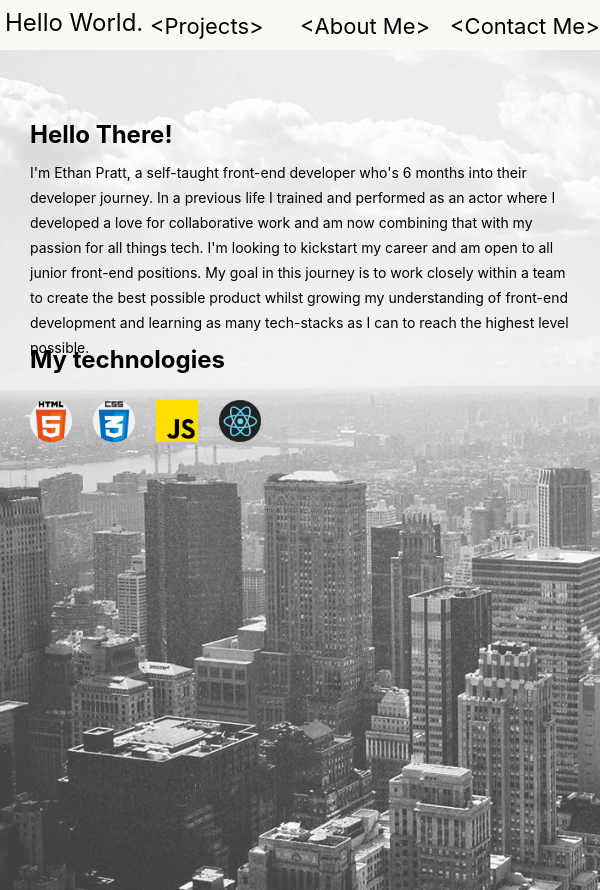
Repository: ghend99/website_ethan_pratt
Page: /about
The author's editor kept a copy of each file at every save. The page is drawn from the files as they stood at one save, then again after the next save.
The browser window is 600 px wide. The pictures show the whole page.
The project was rebuilt for these pictures with package versions that can differ from the ones it lists, and the page was loaded fresh each time. Also part of the build but not shown: src/pages/home.js, src/pages/project.js, src/css/contact.css, src/pages/contact.js.

Above is the page before, as saved 2023-05-25 17:32:58.

### public/index.html
<!DOCTYPE html>
<html lang="en">
  <head>
    <meta charset="utf-8" />
    <link rel="icon" href="%PUBLIC_URL%/favicon.ico" />
    <meta name="viewport" content="width=device-width, initial-scale=1" />
    <meta name="theme-color" content="#000000" />
    <meta
      name="description"
      content="Web site created using create-react-app"
    />
    <link rel="apple-touch-icon" href="%PUBLIC_URL%/logo192.png" />
    <!--
      manifest.json provides metadata used when your web app is installed on a
      user's mobile device or desktop. See https://developers.google.com/web/fundamentals/web-app-manifest/
    -->
    <link rel="manifest" href="%PUBLIC_URL%/manifest.json" />
    <!--
      Notice the use of %PUBLIC_URL% in the tags above.
      It will be replaced with the URL of the `public` folder during the build.
      Only files inside the `public` folder can be referenced from the HTML.

      Unlike "/favicon.ico" or "favicon.ico", "%PUBLIC_URL%/favicon.ico" will
      work correctly both with client-side routing and a non-root public URL.
      Learn how to configure a non-root public URL by running `npm run build`.
    -->
    <title>Ethan Pratt | Junior Front-End Developer</title>
  </head>
  <body>
    <noscript>You need to enable JavaScript to run this app.</noscript>
    <div id="root"></div>
    <!--
      This HTML file is a template.
      If you open it directly in the browser, you will see an empty page.

      You can add webfonts, meta tags, or analytics to this file.
      The build step will place the bundled scripts into the <body> tag.

      To begin the development, run `npm start` or `yarn start`.
      To create a production bundle, use `npm run build` or `yarn build`.
    -->
  </body>
</html>

### src/App.js
import { BrowserRouter as Router, Routes, Route } from "react-router-dom";
import { Home } from "./pages/home";
import { About } from "./pages/about.js";
import { Project } from "./pages/project.js";
import { Contact } from "./pages/contact.js";

function App() {
  return (
    <div className="App">
      <Router>
        <Routes>
          <Route path="/" element={<Home />} />
          <Route path="/projects" element={<Project />} />
          <Route path="/about" element={<About />} />
          <Route path="/contact" element={<Contact />} />
        </Routes>
      </Router>
    </div>
  );
}

export default App;

### src/pages/about.js
import "../css/about.css";
import { Header } from "../components/header.js";
import html from "../images/html.png";
import css from "../images/css.png";
import javascript from "../images/javascript.png";
import react from "../images/react.png";

export const About = () => {
  return (
    <div className="bg">
      <Header />
      <div className="about-container">
        {/* Infomration Container */}
        <div className="info-container">
          <section className="about">
            <h1 className="about-header">Hello There!</h1>
            <p className="about-paragraph">
              I'm Ethan Pratt, a self-taught front-end developer who's 6 months
              into their developer journey. In a previous life I trained and
              performed as an actor where I developed a love for collaborative
              work and am now combining that with my passion for all things
              tech. I'm looking to kickstart my career and am open to all junior
              front-end positions. My goal in this journey is to work closely
              within a team to create the best possible product whilst growing
              my understanding of front-end development and learning as many
              tech-stacks as I can to reach the highest level possible.
            </p>
          </section>
        </div>

        {/* Technology Container */}
        <div id="technology-container">
          <h2 className="technology-header">My technologies</h2>
          <img
            className="stack-html"
            id="stack-icon"
            src={html}
            alt="html logo"
          />
          <img className="stack-css" id="stack-icon" src={css} alt="css-logo" />
          <img
            className="stack-javascript"
            id="stack-icon"
            src={javascript}
            alt="javascript-logo"
          />
          <img
            className="stack-react"
            id="stack-icon"
            src={react}
            alt="react-logo"
          />
        </div>
      </div>
    </div>
  );
};

### src/components/header.js
import React, { useState } from "react";
import { Link } from "react-router-dom";
import "../css/header.css";
import github from "../images/github.png";
import linkedin from "../images/linkedin.png";
import resume from "../images/resume.png";
import menu from "../images/menu.png";

export const Header = () => {
  return (
    <div className="header-container">
      <div>
        <Link className="header-title" to="/">
          Hello World.
        </Link>
      </div>
      <div>
        <Link id="header-nav" className="header-projects" to="/projects">
          &lt;Projects&gt;
        </Link>
      </div>
      <div>
        <Link id="header-nav" className="header-about" to="/about">
          &lt;About Me&gt;
        </Link>
      </div>
      <div>
        <Link id="header-nav" className="header-contact" to="/contact">
          &lt;Contact Me&gt;
        </Link>
      </div>

      <a href="https://github.com/ghend99" target={"_blank"}>
        <img id="header-socials" className="header-github" src={github} />
      </a>
      <a href="https://www.linkedin.com/in/ethanapratt/" target={"_blank"}>
        <img id="header-socials" className="header-linkedin" src={linkedin} />
      </a>
      <a
        href="https://acrobat.adobe.com/link/review?uri=urn:aaid:scds:US:d93e7d11-55fc-32a3-ba0c-10f2114d1d69"
        target={"_blank"}
      >
        <img id="header-socials" className="header-resume" src={resume} />
      </a>

      <div className="header-socials-list">
        <a href="https://github.com/ghend99" target={"_blank"}>
          <p className="header-socials-text">Github</p>
        </a>
        <a href="https://www.linkedin.com/in/ethanapratt/" target={"_blank"}>
          <p className="header-socials-text">LinkedIn</p>
        </a>
        <a
          href="https://acrobat.adobe.com/link/review?uri=urn:aaid:scds:US:d93e7d11-55fc-32a3-ba0c-10f2114d1d69"
          target={"_blank"}
        >
          <p className="header-socials-text">Resume</p>
        </a>
      </div>
    </div>
  );
};

### src/css/home.css
@import url("https://fonts.googleapis.com/css2?family=Bitter&display=swap");

#center-container {
  position: relative;
  max-width: 25%;
  min-width: 500px;
  height: 20%;
  border-bottom: solid;
  /* background-color: aqua; */
  margin-left: auto;
  margin-right: auto;
  top: 10%;
  text-align: center;
  padding: 70px 0;
}

.home-name {
  top: 0;
  font-size: 50px;
  font-weight: bold;
}

.home-job-title {
  font-size: 32px;
  font-family: "Bitter";
}

.home-resume,
.home-github,
.home-linkedin {
  position: absolute;
  bottom: -50px;
  text-decoration: none;
  color: black;
  font-size: 20px;
  font-weight: bold;
  height: 50px;
  padding-bottom: 10px;
}

.home-resume:hover,
.home-github:hover,
.home-linkedin:hover {
  border-bottom: solid;
}

.home-github {
  left: 0;
}

.home-linkedin {
  left: 45%;
}

.home-resume {
  right: 0;
}

@media screen and (min-width: 0) and (max-width: 708px) {
  #center-container {
    min-width: 300px;
  }

  .home-linkedin {
    left: 110px;
  }
}

@media screen and (min-width: 0) and (max-width: 322px) {
  #center-container {
    min-width: 300px;
  }
}

### src/css/about.css
.about-container {
  position: relative;
  display: grid;
  grid-template-columns: 1fr;
  grid-template-rows: 1fr 1fr;
  max-width: 100%;
  min-width: 300px;
  max-height: 100%;
  min-height: 550px;
  /* background-color: lightyellow; */
}

.info-container {
  position: relative;
  max-width: 100%;
  min-width: fit-content;
  max-height: 100%;
  min-height: 200px;
  top: 50px;
  margin-right: 20px;
  /* background-color: lightgreen; */
}

.about-header {
  position: absolute;
  /* display: inline-block; */
  left: 13%;
  margin: 0;
  font-size: 60px;
}

.about-paragraph {
  position: absolute;
  top: 100px;
  left: 15%;
  max-width: 100%;
  min-width: 500px;
  margin: 0;
  font-size: 24px;
  line-height: 40px;
}

#technology-container {
  position: relative;
  max-width: 70%;
  min-width: 40%;
  height: fit-content;
  left: 15%;
  margin: 0;
  /* background-color: lightblue; */
}

.technology-header {
  position: absolute;
  margin: 0;
  font-size: clamp(2rem, 1vw, 4rem);
}

#stack-icon {
  position: absolute;
  top: 55px;
  width: 5%;
}

.stack-html {
  left: 0;
}

.stack-css {
  left: 15%;
}

.stack-javascript {
  left: 30%;
}

.stack-react {
  left: 45%;
}

@media screen and (min-width: 0) and (max-width: 1740px) {
  #technology-container {
    top: 80px;
  }
}

@media screen and (min-width: 0) and (max-width: 1730px) {
  #technology-container {
    top: 50px;
  }
}

@media screen and (min-width: 0) and (max-width: 1570px) {
  #technology-container {
    top: 80px;
  }
}

@media screen and (min-width: 0) and (max-width: 1468px) {
  #technology-container {
    top: 130px;
  }
}

@media screen and (min-width: 0) and (max-width: 1226px) {
  #technology-container {
    top: 180px;
  }
}

@media screen and (min-width: 0) and (max-width: 936px) {
  #technology-container {
    top: 220px;
  }
}

@media screen and (min-width: 0) and (max-width: 848px) {
  #technology-container {
    top: 260px;
  }
}

@media screen and (min-width: 0) and (max-width: 768px) {
  #technology-container {
    top: 300px;
  }
}

@media screen and (min-width: 0) and (max-width: 708px) {
  .about-header {
    position: absolute;
    font-size: 24px;
    top: 20px;
    left: 30px;
  }

  .about-paragraph {
    font-size: 14px;
    line-height: 25px;
    left: 30px;
    min-width: 100px;
    top: 60px;
  }

  #technology-container {
    top: -10px;
    left: 30px;
  }

  .technology-header {
    font-size: 24px;
  }

  #stack-icon {
    width: 10%;
  }
}

@media screen and (min-width: 0) and (max-width: 639px) {
  #technology-container {
    top: 20px;
  }
}

@media screen and (min-width: 0) and (max-width: 576px) {
  #technology-container {
    top: 40px;
  }
}

@media screen and (min-width: 0) and (max-width: 513px) {
  #technology-container {
    top: 80px;
  }
}

@media screen and (min-width: 0) and (max-width: 422px) {
  #technology-container {
    top: 140px;
  }
}

@media screen and (min-width: 0) and (max-width: 360px) {
  #technology-container {
    top: 180px;
  }
}

@media screen and (min-width: 0) and (max-width: 320px) {
  .about-header {
    left: 10px;
  }

  .about-paragraph {
    left: 10px;
  }

  #technology-container {
    top: 190px;
    left: 30px;
  }
}

### src/css/header.css
@import url("https://fonts.googleapis.com/css2?family=Bitter&display=swap");

.header-socials-text {
  color: black;
  text-decoration: none;
  border-bottom: none;
}

.header-container {
  position: relative;
  display: grid;
  grid-template-columns: 1fr 1fr 1fr 1fr;
  grid-template-rows: 1fr;
  flex-direction: row;
  max-width: 100%;
  min-width: 390px;
  max-height: 200px;
  min-height: 50px;
  background-color: #faf9f6;
  /* padding-top: 20px; */
}

.header-title {
  position: absolute;
  left: 5px;
  margin: 0;
  margin-right: clamp(20px, 50px, 30px);
  font-size: clamp(1rem, 4vw, 1.7rem);
  top: 8px;
  text-decoration: none;
  color: black;
}

#header-nav {
  position: absolute;
  display: flex;
  font-size: clamp(1rem, 4vw, 1.5rem);
  margin: 0;
  /* margin-right: clamp(20px, 50px, 30px); */
  top: 8px;
}

.header-projects {
  /* left: clamp(30%, 46.5%, 60%); */
  text-decoration: none;
  color: black;
}

.header-about {
  margin: 0;
  /* margin-left: 50px;
  margin-right: 100px;
  left: clamp(5px, 24%, 55%); */
  text-decoration: none;
  color: black;
}

.header-contact {
  /* left: clamp(20%, 65%, 70%); */
  text-decoration: none;
  color: black;
}

#header-socials {
  max-width: 11%;
  min-width: 35px;
  max-height: 50%;
  min-height: 10px;
  top: 15px;
  cursor: pointer;
}

#header-nav:hover {
  border-bottom: solid;
}

.header-github {
  position: absolute;
  right: clamp(10px, 12%, 110px);
}

.header-linkedin {
  position: absolute;
  right: clamp(5px, 10%, 60px);
}

.header-resume {
  position: absolute;
  right: clamp(10px, 10%, 10px);
}

.bg {
  position: relative;
  max-width: 100%;
  min-width: 350px;
  /* max-height: 700px; */
  min-height: 1300px;
  background-size: cover;
  background-repeat: no-repeat;
  background-position: center center;
}

.bg::before {
  content: "";
  background-image: url(../images/background-image.jpg);
  background-size: cover;
  position: absolute;
  top: 0px;
  right: 0px;
  bottom: 0px;
  left: 0px;
  opacity: 0.75;
}

.header-socials-list {
  position: absolute;
  right: 10px;
  top: 50px;
  font-size: 12px;
  font-weight: bold;
  font-family: "Bitter";
  color: black;
  opacity: 0;
  transition: all 0.2s;
}

@media screen and (min-width: 0) and (max-width: 1442px) {
  .bg {
    min-height: 709px;
  }
}

@media screen and (min-width: 0) and (max-width: 1028px) {
  #header-socials {
    display: none;
  }

  .header-socials-list {
    display: none;
  }
}

@media screen and (min-width: 0) and (max-width: 712px) {
  .bg {
    min-height: 890px;
  }
}

@media screen and (min-width: 0) and (max-width: 612px) {
  #header-nav {
    top: 13px;
    font-size: 22px;
  }

  .header-socials-menu {
    top: 15px;
    right: 10px;
    width: 20px;
    height: 20px;
  }
}

@media screen and (min-width: 0) and (max-width: 554px) {
  #header-nav {
    font-size: 20px;
  }

  .header-title {
    top: 15px;
    font-size: 16px;
  }
}

@media screen and (min-width: 0) and (max-width: 427px) {
  .header-container {
    min-width: 150px;
  }

  #header-nav {
    font-size: 16px;
    top: 16px;
  }

  .bg {
    min-width: 200px;
  }
}

@media screen and (min-width: 0) and (max-width: 380px) {
  #header-nav {
    font-size: 14px;
    column-gap: 50px;
  }
}

@media screen and (min-width: 0) and (max-width: 322px) {
  .header-title {
    font-size: 14px;
    margin-right: 60px;
  }

  #header-nav {
    min-width: 100px;
    font-size: 12px;
  }

  .header-about {
    left: 85px;
  }

  .header-projects {
    left: 160px;
  }

  .header-contact {
    position: absolute;
    left: 220px;
  }

  .bg {
    min-height: 709px;
  }
}

### src/css/project.css
@import url("https://fonts.googleapis.com/css2?family=Bitter&display=swap");

#projects-container {
  position: absolute;
  display: grid;
  grid-template-columns: 1fr 1fr 1fr 1fr;
  grid-template-rows: 3fr;
  max-width: 80%;
  min-width: 70%;
  max-height: 400vh;
  min-height: 150px;
  /* background-color: blue; */
  /* opacity: 0.7; */
  left: 10%;
  top: 10%;
}

#single-project {
  position: relative;
  max-width: 100%;
  max-height: 600px;
  min-height: 100%;
  border: solid;
  text-align: center;
  background-color: #faf9f6;
}

.project-name {
  font-family: "Bitter";
  font-size: clamp(18px, 24px, 30px);
}

#project-image {
  position: relative;
  max-width: 80%;
  max-height: 75%;
  min-height: 20%;
  top: -10px;
  margin-left: auto;
  margin-right: auto;
}

.image {
  width: 70%;
}

#project-stacks-used {
  margin: 0;
  top: 300px;
}

.project-footer {
  position: absolute;
  display: grid;
  grid-template-columns: 1fr 1fr 1fr;
  text-align: center;
  width: 100%;
  height: 6%;
  bottom: 10px;
}

.source-link,
.source-demo,
.project-info {
  position: absolute;
  text-decoration: none;
  color: black;
  font-size: clamp(0.8rem, 0.5vw, 0.8rem);
  font-weight: bold;
  height: 20px;
  cursor: pointer;
}

.source-link {
  left: 5px;
}

.source-demo {
  right: 5px;
}

#project-information {
  font-size: 14px;
}

.source-link:hover,
.source-demo:hover,
.project-info:hover {
  border-bottom: solid;
}

@media screen and (min-width: 0) and (max-width: 1028px) {
  /* #project-container {
    grid-template-columns: 1fr 1fr 1fr;
  } */

  /* #single-project {
    height: 50%;
  } */

  .project-footer {
    grid-template-rows: 0.5fr;
    bottom: 0;
  }

  .source-link,
  .source-demo,
  .project-info {
    font-size: 10px;
    font-weight: bold;
  }

  .source-link {
    margin: 0;
  }

  .source-demo {
    margin: 0;
    right: 7px;
  }

  .project-info {
    margin: 0;
    top: -4px;
  }
}

@media screen and (min-width: 0) and (max-width: 708px) {
  #projects-container {
    grid-template-columns: 1fr 1fr;
    grid-template-rows: 1fr 1fr;
  }

  .project-footer {
    bottom: 0;
  }

  .source-link,
  .source-demo,
  .project-info {
    font-size: 8px;
  }

  #single-project {
    min-height: 410px;
  }

  #project-information {
    font-size: 12px;
  }
}

Loaded but not shown: src/index.js (common file); src/index.css (common file)

After the next save:
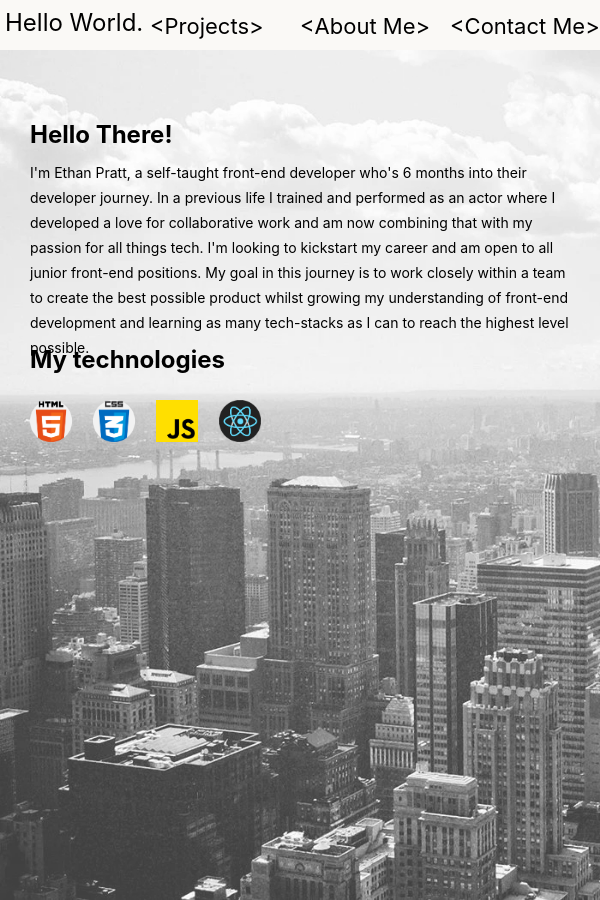
Saved 6 s later.
--- a/src/css/header.css
+++ b/src/css/header.css
@@ -142,7 +142,7 @@
 
 @media screen and (min-width: 0) and (max-width: 712px) {
   .bg {
-    min-height: 890px;
+    min-height: 900px;
   }
 }
 
